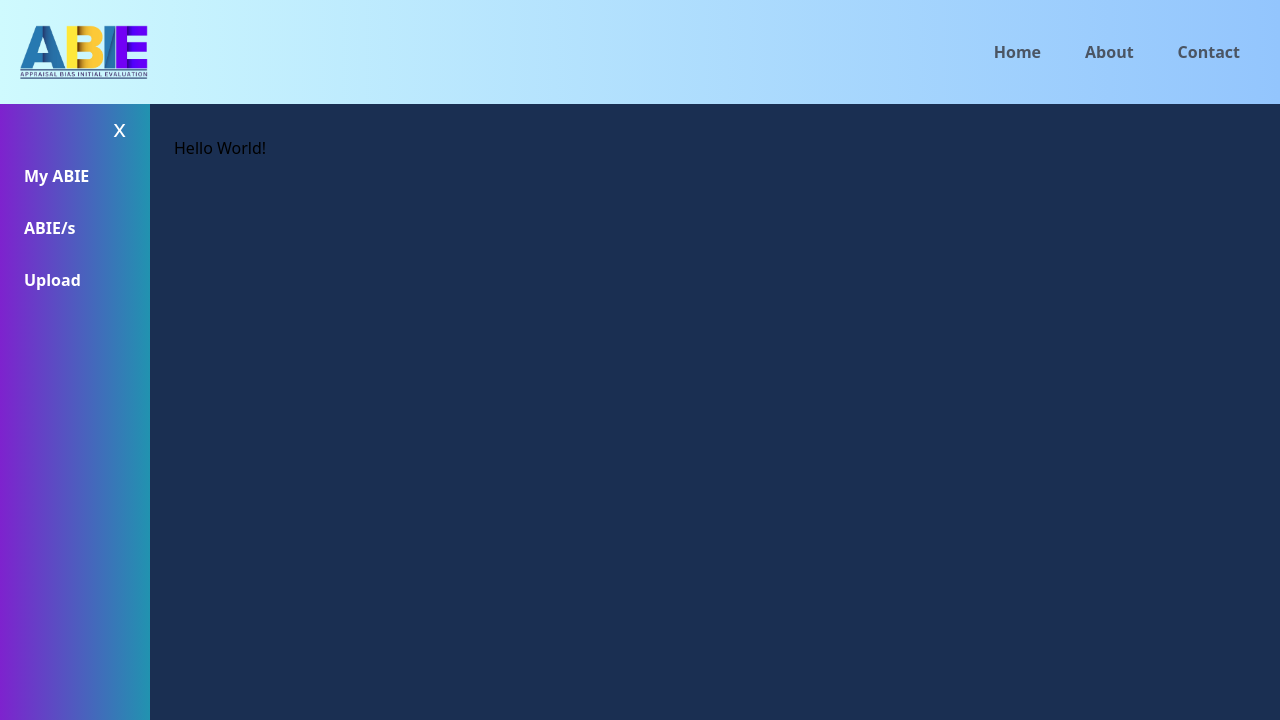
Repository: WafulaLukorito/Abie-frontend
Page: /dashboard
The author's editor kept a copy of each file at every save. The page is drawn from the files as they stood at one save, then again after the next save.
The browser window is 1280 px wide. The pictures show the whole page.
The project was rebuilt for these pictures with package versions that can differ from the ones it lists, and the page was loaded fresh each time. Also part of the build but not shown: vite.config.js, src/components/Header/Button.jsx, src/components/Header/Links.jsx, src/components/Header/index.jsx, src/pages/Home.jsx, src/pages/About.jsx.

Above is the page before, as saved 2024-01-26 17:31:52.

### index.html
<!doctype html>
<html lang="en">
  <head>
    <meta charset="UTF-8" />
    <link rel="icon" type="image/svg+xml" href="src\assets\logo.png" />
    <meta name="viewport" content="width=device-width, initial-scale=1.0" />
    <title>Vite + React</title>
  </head>
  <body>
    <div id="root"></div>
    <script type="module" src="/src/main.jsx"></script>
  </body>
</html>

### src/main.jsx
import React from 'react'
import ReactDOM from 'react-dom/client'
import './index.css'
import { createBrowserRouter, RouterProvider } from 'react-router-dom'

//pages
import Home from './pages/Home'
import About from './pages/About'
import Dashboard from './pages/Dashboard'

const routes = createBrowserRouter([
  {
    path: '/',
    element: <Home/>,
  },
  {
    path: '/about',
    element: <About/>
  },
  {
    path: '/dashboard',
    element: <Dashboard/>
  },
  {
    path: '*',
    element: <div>404 Not Found</div>
  }
])

ReactDOM.createRoot(document.getElementById('root')).render(
  <React.StrictMode>
    <RouterProvider router={routes}/>
  </React.StrictMode>,
)

### src/index.css
@tailwind base;
@tailwind components;
@tailwind utilities;

* {
  margin: 0;
  padding: 0;
  box-sizing: border-box;
}

.sidebar {
  top: 6.5rem;
  background: linear-gradient(to right, #7E22CE, #2193b0);
}

### src/pages/Dashboard.jsx
import React, { useState } from 'react';
import Sidebar from "../components/Sidebar";
import NavBar from "../components/Navbar";

const Dashboard = () => {
    const [isSidebarOpen, setIsSidebarOpen] = useState(true);

    const toggleSidebar = () => {
        setIsSidebarOpen(!isSidebarOpen);
    };

    return (
        <div className="flex h-screen"
              style = {{backgroundColor: "#1A2F52"}}>

       {/* // style={{ background: 'linear-gradient(to left, #6dd5ed, #2193b0)' }}>  Gradient background */}
            <Sidebar isOpen={isSidebarOpen} toggleSidebar={toggleSidebar} />
            <div className="flex flex-col flex-1 overflow-hidden">
                {/* Navbar */}
                <NavBar />

                {/* Main content */}
                <main className={`flex-1 overflow-x-hidden overflow-y-auto ${isSidebarOpen ? 'ml-[150px]' : 'ml-0'}`}>
                    <div className="container mx-auto px-6 py-8">
                        {/* Main content goes here */}
                        <h1>Hello World!</h1>
                    </div>
                </main>
            </div>
        </div>
    );
}

export default Dashboard;

### src/components/Navbar/index.jsx
import React from "react";
import Logo from "../../assets/logo.png"
import { Link } from "react-router-dom";

export default function NavBar() {
  return (
    <header className="text-gray-600 body-font bg-gradient-to-r from-cyan-100 to-blue-300 text-blue-800">
      <div className="container mx-auto flex flex-wrap p-5 flex-col md:flex-row items-center">
        <a className="w-32 h-16 flex title-font font-medium items-center text-gray-900 mb-4 md:mb-0">
            <img src={Logo} alt="Logo" className="w-full h-full object-contain" />
        </a>
        <nav className="md:ml-auto flex flex-wrap items-center text-base justify-center text-2xl font-semibold gap-x-6">
          <Link to='/' className="mr-5 hover:text-gray-900">Home</Link>
          <Link to='/about' className="mr-5 hover:text-gray-900">About</Link>
          <a className="mr-5 hover:text-gray-900">Contact</a>
        </nav>
      </div>
    </header>
  );
}

### src/components/Sidebar/index.jsx
import React from 'react';

const Sidebar = ({ isOpen, toggleSidebar }) => {
  // Removed the internal state management for isSidebarOpen

  return (
    <div>
      {/* Sidebar */}
      <div className={`sidebar fixed top-0 bottom-0 lg:left-0 p-2 w-[150px] overflow-y-auto text-right ${isOpen ? 'bg-purple-700' : 'hidden'}`}>

        {/* Toggle button inside sidebar when open */}
        {isOpen && (
          <span
            className="text-white text-2xl z-50 top-0 button-style mt-3 cursor-pointer hover:bg-blue-600 rounded-full py-2 px-4"
            onClick={toggleSidebar}
          >
            {"x"}
          </span>
        )}

        {/* Add a little space after the toggle button */}
        <div className="mt-2"></div>

        {/* My ABIE link */}
        <div className="flex items-center button-style mt-3 cursor-pointer hover:bg-blue-600 text-white rounded-full py-2 px-4">
          <span className="font-bold">My ABIE</span>
        </div>

        {/* ABIE/s */}
        <div className="flex items-center button-style mt-3 cursor-pointer hover:bg-blue-600 text-white rounded-full py-2 px-4">
          <span className="font-bold">ABIE/s</span>
        </div>

        {/* Upload */}
        <div className="flex items-center button-style mt-3 cursor-pointer hover:bg-blue-600 text-white rounded-full py-2 px-4">
          <span className="font-bold">Upload</span>
        </div>

      </div>

      {/* Toggle button outside sidebar when closed */}
      {!isOpen && (
        <span
          className="sidebar absolute text-white top-2 left-0 cursor-pointer z-20 bg-purple-700 p-0 rounded-md"
          onClick={toggleSidebar}
        >
          {"Menu"}
        </span>
      )}
    </div>
  );
};

export default Sidebar;

Loaded but not shown: tailwind.config.js (common file)

After the next save:
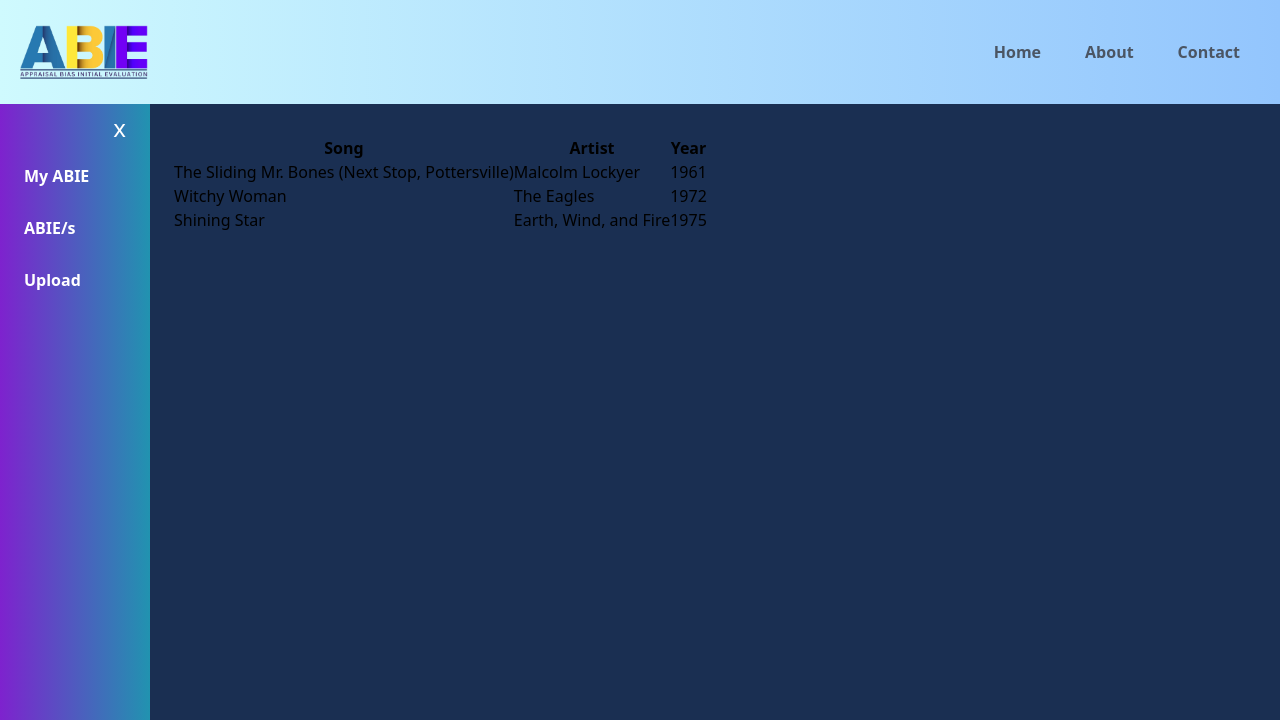
Saved 66 s later.
--- a/src/pages/Dashboard.jsx
+++ b/src/pages/Dashboard.jsx
@@ -23,7 +23,32 @@
                 <main className={`flex-1 overflow-x-hidden overflow-y-auto ${isSidebarOpen ? 'ml-[150px]' : 'ml-0'}`}>
                     <div className="container mx-auto px-6 py-8">
                         {/* Main content goes here */}
-                        <h1>Hello World!</h1>
+                        <table class="table-auto">
+  <thead>
+    <tr>
+      <th>Song</th>
+      <th>Artist</th>
+      <th>Year</th>
+    </tr>
+  </thead>
+  <tbody>
+    <tr>
+      <td>The Sliding Mr. Bones (Next Stop, Pottersville)</td>
+      <td>Malcolm Lockyer</td>
+      <td>1961</td>
+    </tr>
+    <tr>
+      <td>Witchy Woman</td>
+      <td>The Eagles</td>
+      <td>1972</td>
+    </tr>
+    <tr>
+      <td>Shining Star</td>
+      <td>Earth, Wind, and Fire</td>
+      <td>1975</td>
+    </tr>
+  </tbody>
+</table>
                     </div>
                 </main>
             </div>
